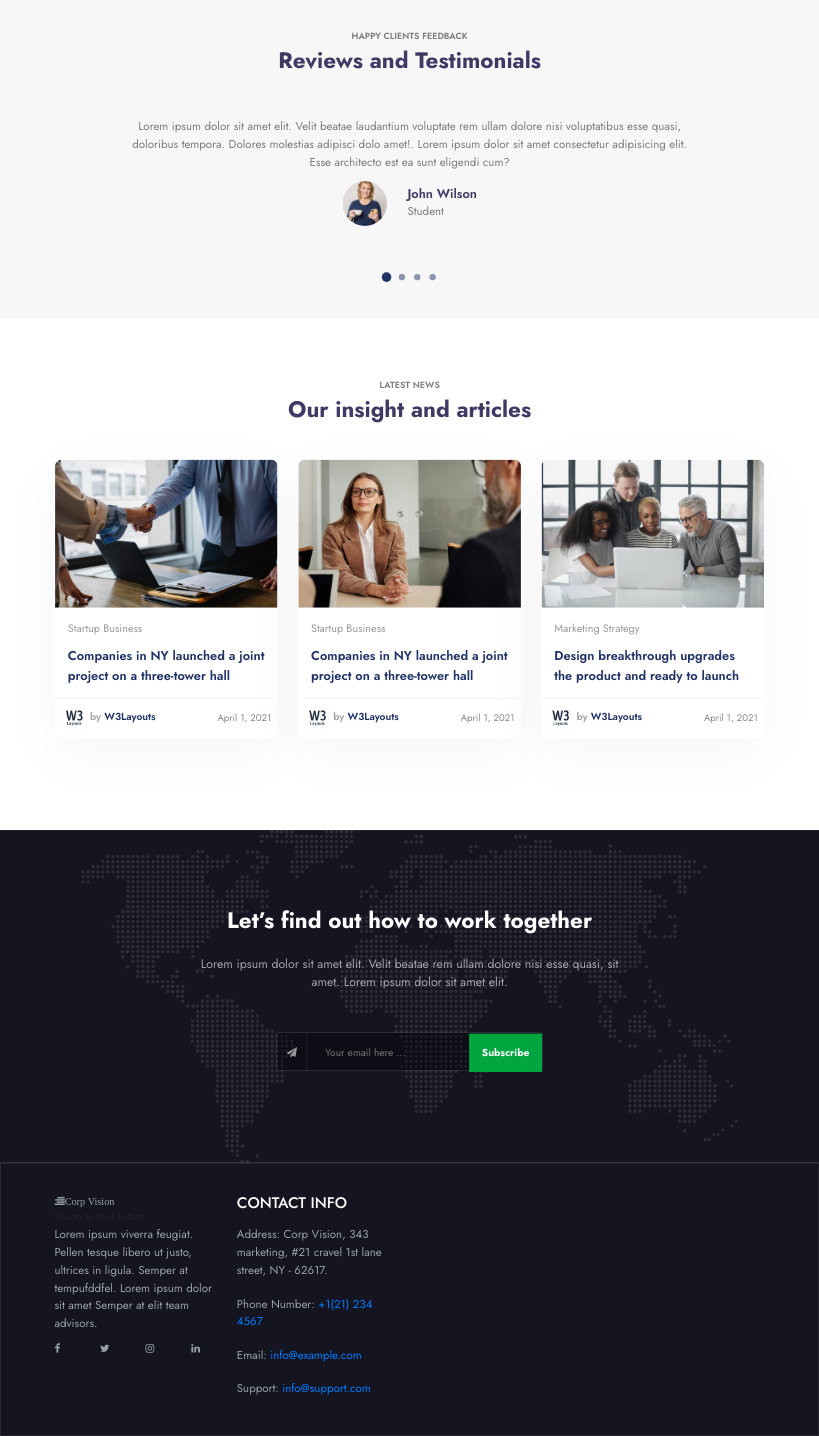
Repository: khaipnp/corpvision
Page: index.html
The author's editor kept a copy of each file at every save. The page is drawn from the files as they stood at one save, then again after the next save.
The browser window is 1280 px wide. The pictures show the whole page, at 64% of full size.

Above is the page before, as saved 2021-07-04 13:03:09.

### index.html
<!DOCTYPE html>
<html lang="en">
  <head>
    <meta charset="UTF-8" />
    <meta http-equiv="X-UA-Compatible" content="IE=edge" />
    <meta name="viewport" content="width=device-width, initial-scale=1.0" />
    <title>Corpvision</title>
    <meta name="description" content="Corpvision Website" />
    <!-- FONT-GOOGLE -->
    <link rel="preconnect" href="https://fonts.gstatic.com" />
    <link
      href="https://fonts.googleapis.com/css2?family=Jost:ital,wght@0,100;0,200;0,300;0,400;0,500;0,600;0,700;0,800;0,900;1,400&display=swap"
      rel="stylesheet"
    />
    <!-- FONT-AWSOME -->
    <link
      rel="stylesheet"
      href="https://cdnjs.cloudflare.com/ajax/libs/font-awesome/5.15.3/css/all.min.css"
      integrity="sha512-iBBXm8fW90+nuLcSKlbmrPcLa0OT92xO1BIsZ+ywDWZCvqsWgccV3gFoRBv0z+8dLJgyAHIhR35VZc2oM/gI1w=="
      crossorigin="anonymous"
      referrerpolicy="no-referrer"
    />
    <link rel="stylesheet" href="./css/font-awesome.min.css" />
    <!-- OWL CAROUSEL -->
    <link
      rel="stylesheet"
      href="https://cdnjs.cloudflare.com/ajax/libs/OwlCarousel2/2.3.4/assets/owl.carousel.min.css"
      integrity="sha512-tS3S5qG0BlhnQROyJXvNjeEM4UpMXHrQfTGmbQ1gKmelCxlSEBUaxhRBj/EFTzpbP4RVSrpEikbmdJobCvhE3g=="
      crossorigin="anonymous"
      referrerpolicy="no-referrer"
    />
    <link
      rel="stylesheet"
      href="https://cdnjs.cloudflare.com/ajax/libs/OwlCarousel2/2.3.4/assets/owl.theme.default.css"
      integrity="sha512-OTcub78R3msOCtY3Tc6FzeDJ8N9qvQn1Ph49ou13xgA9VsH9+LRxoFU6EqLhW4+PKRfU+/HReXmSZXHEkpYoOA=="
      crossorigin="anonymous"
      referrerpolicy="no-referrer"
    />
    <!-- BOOTSTRAP -->
    <link
      rel="stylesheet"
      href="https://cdn.jsdelivr.net/npm/bootstrap@4.6.0/dist/css/bootstrap.min.css"
      integrity="sha384-B0vP5xmATw1+K9KRQjQERJvTumQW0nPEzvF6L/Z6nronJ3oUOFUFpCjEUQouq2+l"
      crossorigin="anonymous"
    />
    <!-- MAIN CSS -->
    <link rel="stylesheet" href="./css/main.css" />
  </head>
  <body>
    <header></header>
    <section class="feedback">
      <div class="feedback__content py-5">
        <div class="container">
          <h5 class="small-title col-12 text-center">Happy clients Feedback</h5>
          <h3 class="big-title col-12 text-center">Reviews and Testimonials</h3>
          <div class="testimonials owl-carousel owl-theme">
            <div class="testimonials__item">
              <p class="text-center col-12">
                Lorem ipsum dolor sit amet elit. Velit beatae laudantium
                voluptate rem ullam dolore nisi voluptatibus esse quasi,
                doloribus tempora. Dolores molestias adipisci dolo amet!. Lorem
                ipsum dolor sit amet consectetur adipisicing elit. Esse
                architecto est ea sunt eligendi cum?
              </p>
              <div
                class="
                  testimonials__desc
                  row
                  align-items-center
                  justify-content-center
                "
              >
                <div class="avatar mr-3">
                  <img src="./img/team1.jpg" alt="team 1" />
                </div>
                <div class="name ml-3">
                  <h3>John Wilson</h3>
                  <p>Student</p>
                </div>
              </div>
            </div>
            <div class="testimonials__item">
              <p class="text-center col-12">
                Lorem ipsum dolor sit amet elit. Velit beatae laudantium
                voluptate rem ullam dolore nisi voluptatibus esse quasi,
                doloribus tempora. Dolores molestias adipisci dolo amet!. Lorem
                ipsum dolor sit amet consectetur adipisicing elit. Esse
                architecto est ea sunt eligendi cum?
              </p>
              <div
                class="
                  testimonials__desc
                  row
                  align-items-center
                  justify-content-center
                "
              >
                <div class="avatar mr-3">
                  <img src="./img/team2.jpg" alt="team 2" />
                </div>
                <div class="name ml-3">
                  <h3>Julia Sakura</h3>
                  <p>Student</p>
                </div>
              </div>
            </div>
            <div class="testimonials__item">
              <p class="text-center col-12">
                Lorem ipsum dolor sit amet elit. Velit beatae laudantium
                voluptate rem ullam dolore nisi voluptatibus esse quasi,
                doloribus tempora. Dolores molestias adipisci dolo amet!. Lorem
                ipsum dolor sit amet consectetur adipisicing elit. Esse
                architecto est ea sunt eligendi cum?
              </p>
              <div
                class="
                  testimonials__desc
                  row
                  align-items-center
                  justify-content-center
                "
              >
                <div class="avatar mr-3">
                  <img src="./img/team3.jpg" alt="team 3" />
                </div>
                <div class="name ml-3">
                  <h3>Roy Linderson</h3>
                  <p>Student</p>
                </div>
              </div>
            </div>
            <div class="testimonials__item">
              <p class="text-center col-12">
                Lorem ipsum dolor sit amet elit. Velit beatae laudantium
                voluptate rem ullam dolore nisi voluptatibus esse quasi,
                doloribus tempora. Dolores molestias adipisci dolo amet!. Lorem
                ipsum dolor sit amet consectetur adipisicing elit. Esse
                architecto est ea sunt eligendi cum?
              </p>
              <div
                class="
                  testimonials__desc
                  row
                  align-items-center
                  justify-content-center
                "
              >
                <div class="avatar mr-3">
                  <img src="./img/team4.jpg" alt="team 4" />
                </div>
                <div class="name ml-3">
                  <h3>Smith Johnson</h3>
                  <p>Student</p>
                </div>
              </div>
            </div>
          </div>
        </div>
      </div>
    </section>
    <section class="news py-5">
      <div class="news__content py-5">
        <div class="container">
          <h5 class="small-title col-12 text-center">LATEST NEWS</h5>
          <h3 class="big-title col-12 text-center">Our insight and articles</h3>
          <div class="row py-5">
            <div class="news__item col-md-6 col-lg-4">
              <div class="news__card">
                <div class="card__thumbnail p-0 position-relative">
                  <img src="./img/blog1.jpg" alt="blog 1" />
                </div>
                <div class="card__content">
                  <p>Startup Business</p>
                  <a href="#">Companies in NY launched a joint project on a three-tower
                    hall</a>
                </div>
                <div class="card__footer">
                  <span><img src="./img/icon.jpeg" alt="" /> by <a href="#">W3Layouts</a></span>
                  <p>April 1, 2021</p>
                </div>
              </div>
            </div>
            <div class="news__item col-md-6 col-lg-4">
              <div class="news__card">
                <div class="card__thumbnail p-0 position-relative">
                  <img src="./img/blog2.jpg" alt="blog 1" />
                </div>
                <div class="card__content">
                  <p>Startup Business</p>
                  <a href="#">Companies in NY launched a joint project on a three-tower
                    hall</a>
                </div>
                <div class="card__footer">
                  <span><img src="./img/icon.jpeg" alt="" /> by <a href="#">W3Layouts</a></span>
                  <p>April 1, 2021</p>
                </div>
              </div>
            </div>
            <div class="news__item col-md-6 col-lg-4">
              <div class="news__card">
                <div class="card__thumbnail p-0 position-relative">
                  <img src="./img/blog3.jpg" alt="blog 1" />
                </div>
                <div class="card__content">
                  <p>Marketing Strategy</p>
                  <a href="#">Design breakthrough upgrades the product and ready to launch</a>
                </div>
                <div class="card__footer">
                  <span><img src="./img/icon.jpeg" alt="" /> by <a href="#">W3Layouts</a></span>
                  <p>April 1, 2021</p>
                </div>
              </div>
            </div>
          </div>
        </div>
      </div>
    </section>
    <div class="subscribe py-5">
      <div class="container">
        <div class="sub__box my-5 mx-auto align-items-center justify-content-center">
          <h3 class="big-title py-4 col-12 text-center">Let’s find out how to work together<h3>
          <p class="col-12 text-center">Lorem ipsum dolor sit amet elit. Velit beatae rem ullam dolore nisi esse quasi, sit amet. Lorem ipsum dolor sit amet elit.</p>
          <div class="input__email justify-content-center py-5">
            <form>
              <i class="fa fa-paper-plane"></i>
              <input type="email" placeholder="Your email here ...">
              <button>Subscribe</button>
            </form>
          </div>
        </div>
      </div>
    </div>
    <footer>
      <div class="footer__info container py-5">
        <div class="row">
          <div class="footer__content col-3">
            <i class="fa fa-align-right">Corp Vision</i>
            <div class="slogan">Vision to your Future</div>
            <p>Lorem ipsum viverra feugiat. Pellen tesque libero ut justo, ultrices in ligula. Semper at tempufddfel. Lorem ipsum dolor sit amet Semper at elit team advisors.</p>
            <div class="social__network row justify-content-start">
              <i class="fa fa-facebook col-3"></i>
              <i class="fa fa-twitter col-3"></i>
              <i class="fa fa-instagram col-3"></i>
              <i class="fa fa-linkedin col-3"></i>
            </div>
          </div>
          <div class="footer__content col-3">
            <h4>CONTACT INFO</h4>
            <ul class="list-group list-group-flush">
              <li class="list-group-item">Address: Corp Vision, 343 marketing, #21 cravel 1st lane street, NY - 62617.</li>
              <li class="list-group-item">Phone Number: <a href="tel:+1212344567">+1(21) 234 4567</a></li>
              <li class="list-group-item">Email: <a href="mailto:">info@example.com</a></li>
              <li class="list-group-item">Support: <a href="mailto:">info@support.com</a></li>
            </ul>
          </div>

        </div>
      </div>
    </footer>
    <!-- SCRIPT -->
    <!-- BOOTSTRAP -->
    <script
      src="https://cdnjs.cloudflare.com/ajax/libs/jquery/3.6.0/jquery.js"
      integrity="sha512-n/4gHW3atM3QqRcbCn6ewmpxcLAHGaDjpEBu4xZd47N0W2oQ+6q7oc3PXstrJYXcbNU1OHdQ1T7pAP+gi5Yu8g=="
      crossorigin="anonymous"
      referrerpolicy="no-referrer"
    ></script>
    <script
      src="https://cdn.jsdelivr.net/npm/bootstrap@4.6.0/dist/js/bootstrap.bundle.min.js"
      integrity="sha384-Piv4xVNRyMGpqkS2by6br4gNJ7DXjqk09RmUpJ8jgGtD7zP9yug3goQfGII0yAns"
      crossorigin="anonymous"
    ></script>
    <!-- OWL CAROUSEL -->
    <script src="./js/owl.carousel.min.js"></script>
    <script>
      $(document).ready(function () {
        $(".owl-carousel").owlCarousel({
          navigation: false,
          slideSpeed: 300,
          paginationSpeed: 400,
          singleItem: true,
          items: 1,
          // itemsDesktop : false,
          // itemsDesktopSmall : false,
          // itemsTablet: false,
          // itemsMobile : false
        });
      });
    </script>
  </body>
</html>

### css/main.css
* {
  padding: 0;
  margin: 0;
  box-sizing: border-box;
}

html,
body {
  font-family: "Jost", sans-serif;
  background: #fff;
}

.small-title {
  color: #7e7d7d;
  font-size: 14px;
  font-weight: 600;
  text-transform: uppercase;
}

.big-title {
  color: #3f3a64;
  font-size: 35px;
  font-weight: 700;
}

/* FEEDBACK */
.feedback {
  background-color: #f7f7f7;
}

.testimonials__item {
  margin: 60px auto;
  display: block;
  max-width: 900px;
  height: auto;
}

.testimonials__item p {
  color: #7e7d7d;
  font-size: 18px;
  line-height: 28px;
}

.testimonials__desc .avatar {
  width: 70px;
  height: 70px;
  overflow: hidden;
  border-radius: 50%;
}

.testimonials__desc .avatar img {
  width: 100%;
  height: 100%;
  object-fit: cover;
}

.name h3 {
  font-size: 20px;
  margin: 0;
  font-weight: 600;
  color: #3f3a64;
}
.name p {
  font-style: normal;
  margin-bottom: 0;
}

.owl-theme .owl-dots .owl-dot.active span,
.owl-theme .owl-dots .owl-dot span {
  background: rgba(33, 51, 100, 0.5);
  transform: scale(1);
  transition: all 0.5s;
}

.owl-theme .owl-dots .owl-dot.active span,
.owl-theme .owl-dots .owl-dot:hover span {
  background: #213364 !important;
  transform: scale(1.5);
}

/* NEWS */
.news__card {
  background-color: #fff;
  box-shadow: 0 25px 98px 0 rgb(0 0 0 / 4%);
  border: 1px solid transparent;
  border-radius: 10px;
}

.card__thumbnail {
  overflow: hidden;
  border-radius: 10px 10px 0 0;
}

.card__thumbnail img {
  width: 100%;
  border-radius: 10px 10px 0 0;
  object-fit: cover;
  cursor: pointer;
  transition: all 0.5s;
}

.card__thumbnail img:hover {
  transform: scale(1.15);
}

.card__content {
  padding: 20px;
}

.card__content p {
  color: #999;
  font-size: 17px;
  font-weight: 400;
}

.card__content a {
  text-decoration: none;
  color: #213364;
  font-size: 20px;
  font-weight: 600;
  transition: all 0.5s;
  cursor: pointer;
}

.card__content a:hover {
  color: #00a63f;
}

.card__footer {
  display: flex;
  justify-content: space-between;
  align-items: center;
  border-top: 1px solid rgba(126, 125, 125, 0.1);
  padding: 10px;
}

.card__footer a {
  color: #213364;
  font-size: 1rem;
  font-weight: 600;
  cursor: pointer;
  transition: all 0.5s;
  text-decoration: none;
}

.card__footer a:hover {
  color: #00a63f;
}

.card__footer img {
  cursor: pointer;
}

.card__footer span {
  color: rgb(102, 102, 102, 0.6);
  font-weight: 600;
}

.card__footer p {
  margin-bottom: 0;
  font-size: 15px;
  color: rgb(102, 102, 102, 0.8);
}

/* SUBCRIBE */
.subscribe {
  background-image: url(../img/map.png);
  background-color: #151421;
  background-size: contain;
  background-repeat: no-repeat;
  background-position: center;
}

.sub__box {
  max-width: 700px;
}

.sub__box .big-title {
  color: #fff;
}

.sub__box p {
  font-size: 1.2rem;
  color: rgba(255, 255, 255, 0.6);
  line-height: 1.5;
  font-weight: 400;
}

.input__email {
  display: flex;
}

.input__email form {
  border: 1px solid rgb(255, 255, 255, 0.15);
  border-radius: 5px;
  height: 60px;
  background: rgb(0, 0, 0, 0.35);
  max-width: 550px;
}

.input__email input {
  color: #999;
  padding: 20px 20px;
  border: none;
  font-size: 1rem;
  outline: none;
  background: none;
}

.input__email button {
  background-color: #00a63f;
  color: #fff;
  height: 60px;
  padding: 0 20px;
  border: none;
  font-size: 1rem;
  font-weight: 700;
  line-height: 60px;
  text-align: center;
}

.input__email i {
  text-align: center;
  color: #999;
  font-size: 1rem;
  border-right: 1px solid rgb(255, 255, 255, 0.15);
  line-height: 60px;
  padding: 0 15px;
}

/* FOOTER */

footer {
  background-color: #151421;
  border: 1px solid rgb(255, 255, 255, 0.15);
}

.footer__content p {
  color: #97a1a9;
  font-size: 18px;
  line-height: 28px;
}

.footer__content i {
  color: #97a1a9;
}

.footer__content h4 {
  color: #fefefe;
}

.footer__content .list-group-item {
  background-color: transparent !important;
  color: #97a1a9;
  border: none !important;
  font-size: 18px;
  line-height: 28px;
  padding-left: 0 !important;
}

Loaded but not shown: css/font-awesome.min.css (library); js/owl.carousel.min.js (library)

After the next save:
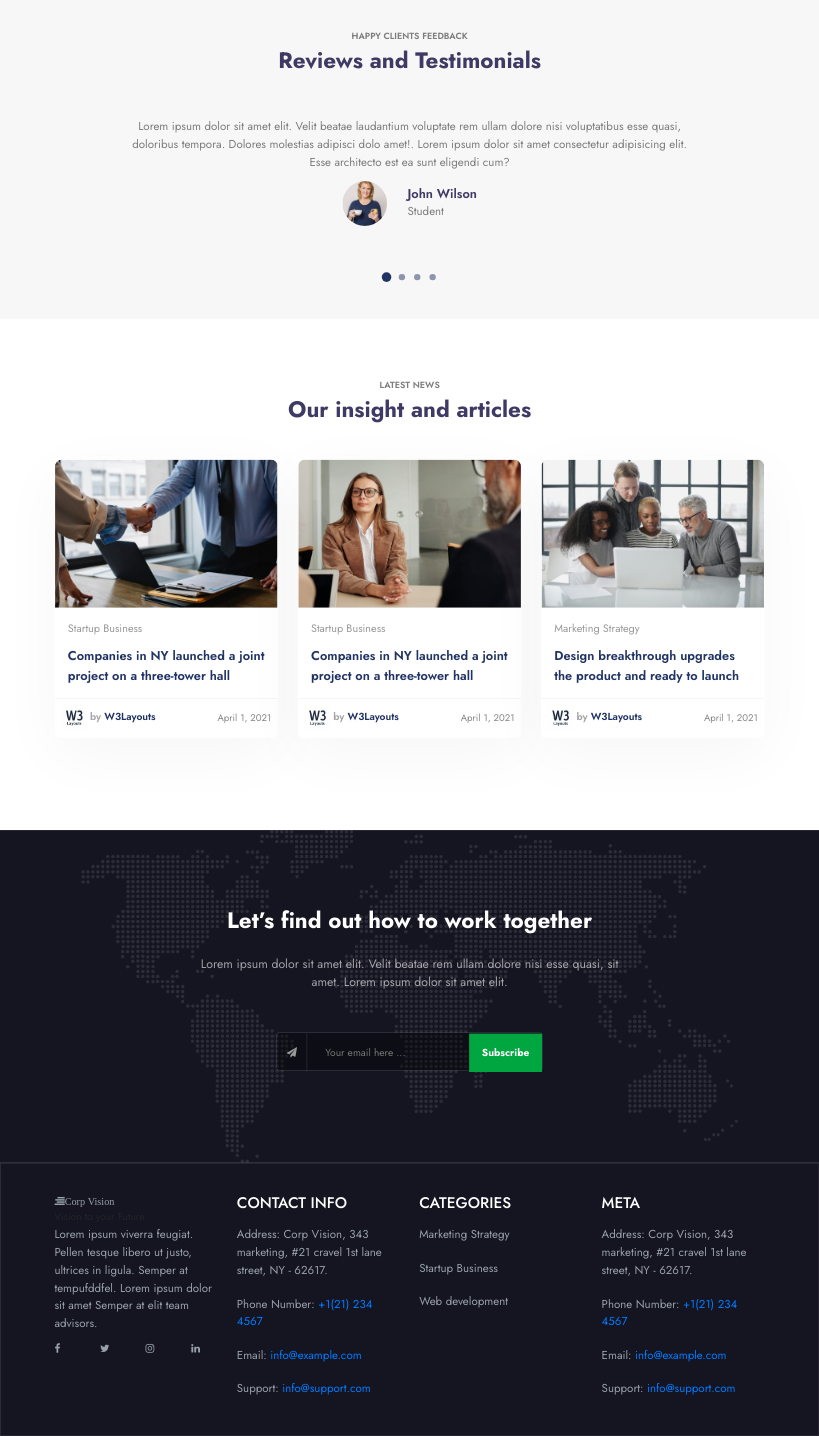
Saved 91 s later.
--- a/index.html
+++ b/index.html
@@ -253,7 +253,23 @@
               <li class="list-group-item">Support: <a href="mailto:">info@support.com</a></li>
             </ul>
           </div>
-
+          <div class="footer__content col-3">
+            <h4>CATEGORIES</h4>
+            <ul class="list-group list-group-flush">
+              <li class="list-group-item">Marketing Strategy</li>
+              <li class="list-group-item">Startup Business</li>
+              <li class="list-group-item">Web development</li>
+            </ul>
+          </div>
+          <div class="footer__content col-3">
+            <h4>META</h4>
+            <ul class="list-group list-group-flush">
+              <li class="list-group-item">Address: Corp Vision, 343 marketing, #21 cravel 1st lane street, NY - 62617.</li>
+              <li class="list-group-item">Phone Number: <a href="tel:+1212344567">+1(21) 234 4567</a></li>
+              <li class="list-group-item">Email: <a href="mailto:">info@example.com</a></li>
+              <li class="list-group-item">Support: <a href="mailto:">info@support.com</a></li>
+            </ul>
+          </div>
         </div>
       </div>
     </footer>
